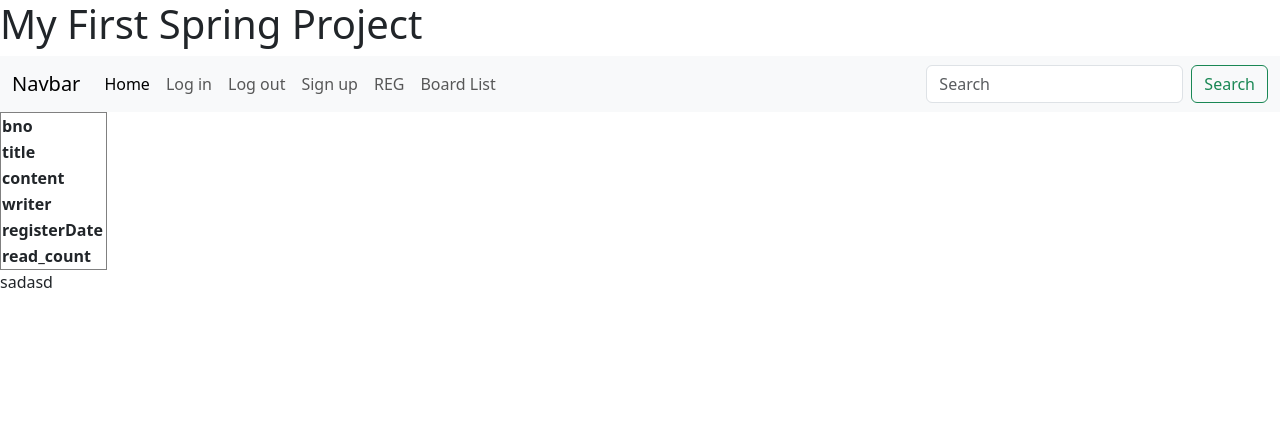
Repository: dfhdfhdfsza/springtest
Page: http://localhost/spring-Test/WEB-INF/views/board/detail.jsp
These files come from the project's save history. The page is drawn as it stood at one moment and after the next save; the edit follows.
The browser window is 1280 px wide. The pictures show the whole page.
The page is served by Tomcat 9. Nobody is signed in. The template is opened directly, without the code that normally fills it, so the values that code supplies are empty.

Above is the page before, as saved 2023-10-05 10:11:15.

After the next save:
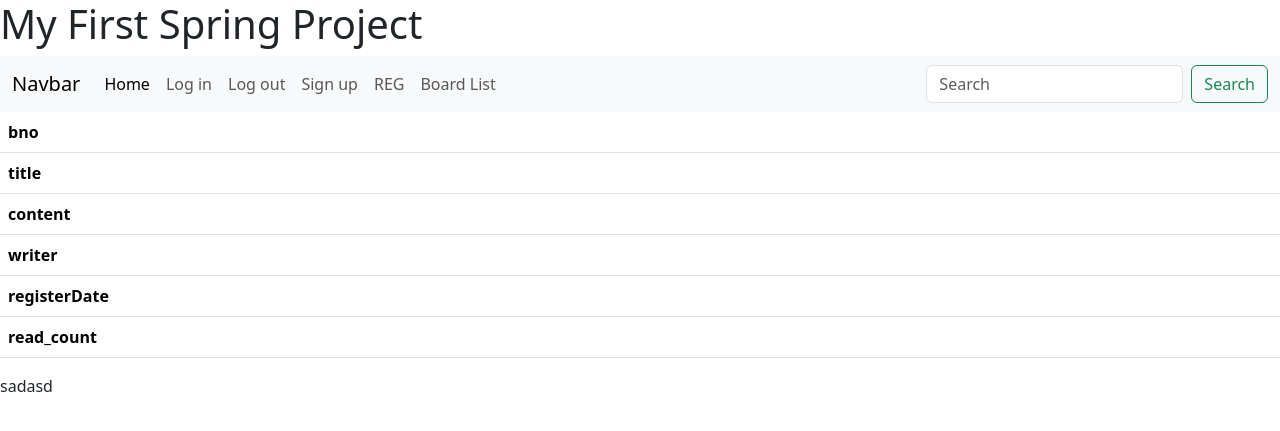
Saved 15 s later.
--- a/spring-Test/src/main/webapp/WEB-INF/views/board/detail.jsp
+++ b/spring-Test/src/main/webapp/WEB-INF/views/board/detail.jsp
@@ -8,7 +8,7 @@
 </head>
 <body>
 <jsp:include page="../layout/header.jsp"></jsp:include>
-	<table border="1">
+	<table class="table table-hover">
 			<tr>
 				<th>bno</th>
 				<td>${bvo.bno }</td>
